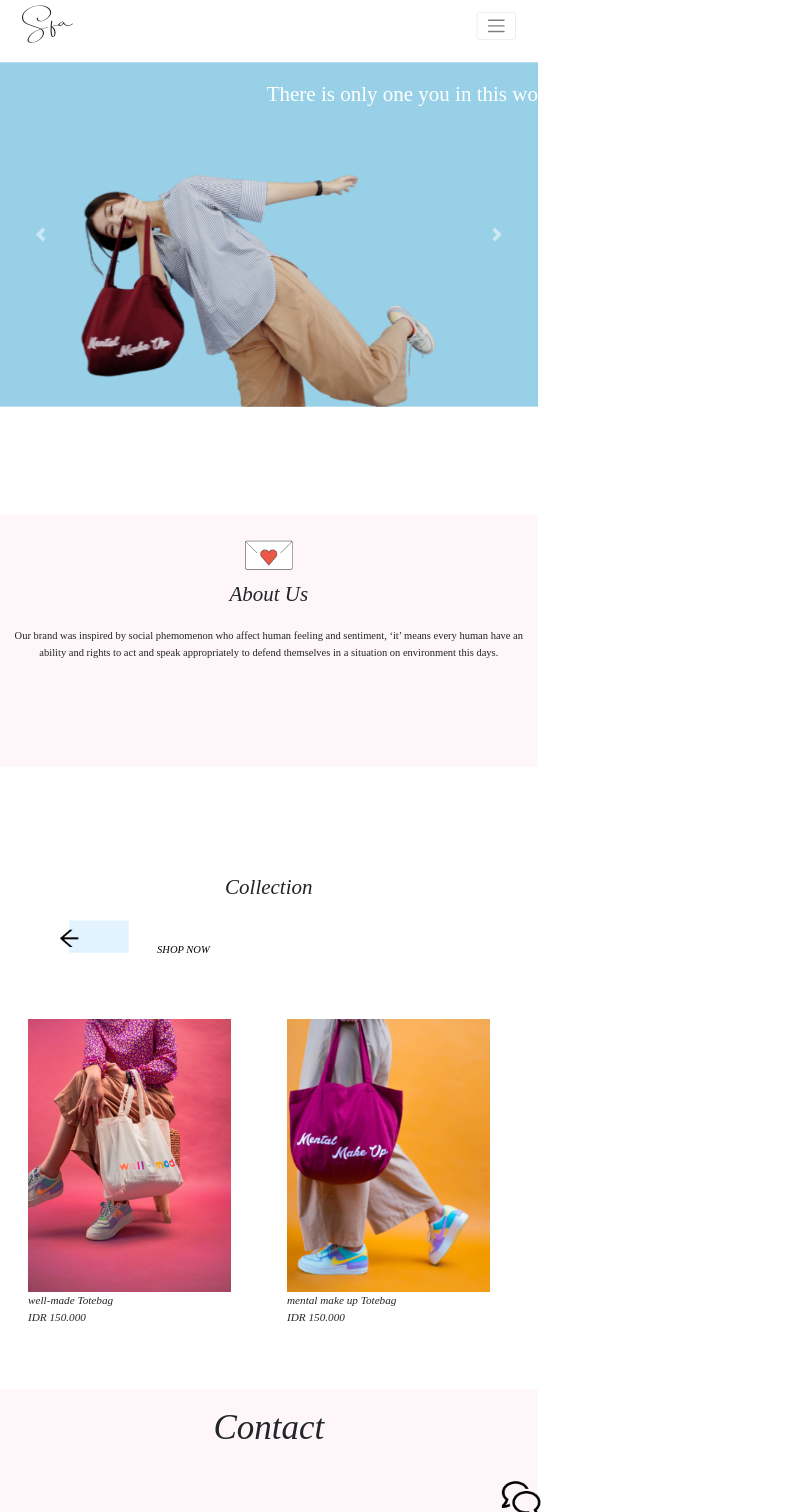
Repository: bismowibi/savoir
Page: index.html
The author's editor kept a copy of each file at every save. The page is drawn from the files as they stood at one save, then again after a run of saves.
The browser window is 768 px wide. The page is 1128 px wide, so the pictures cover 1128 px, including what lies to the right of the window. The pictures show the part of the page from y = 0 to 2160 px (the page is 2520 px tall before and 2728 px after), at 70% of full size.
Some web fonts or font styles are not loaded; a fallback is used. Some web libraries are served in a nearby version.

Above is the page before, as saved 2020-04-05 02:27:04.

### index.html
<!doctype html>
<html lang="en">

<head>
  <title>Title</title>
  <!-- Required meta tags -->
  <meta charset="utf-8">
  <meta name="viewport" content="width=device-width, initial-scale=1, shrink-to-fit=no">
  <!-- Internal CSS -->
  <link rel="stylesheet" href="style.css">
  <!-- Bootstrap CSS -->
  <link rel="stylesheet" href="https://stackpath.bootstrapcdn.com/bootstrap/4.3.1/css/bootstrap.min.css"
    integrity="sha384-ggOyR0iXCbMQv3Xipma34MD+dH/1fQ784/j6cY/iJTQUOhcWr7x9JvoRxT2MZw1T" crossorigin="anonymous">
  <!-- Font Face GT -->
  <link href="https://db.onlinewebfonts.com/c/4417812509ea84242dcf790e829ca350?family=GT+Walsheim+Pro+Regular" rel="stylesheet" type="text/css"/>
    <!-- Icon -->
  <script src="https://kit.fontawesome.com/c5d0666ee9.js" crossorigin="anonymous"></script>
</head>

<body>

  <!-- Optional JavaScript -->
  <!-- jQuery first, then Popper.js, then Bootstrap JS -->
  <script src="https://code.jquery.com/jquery-3.3.1.slim.min.js"
    integrity="sha384-q8i/X+965DzO0rT7abK41JStQIAqVgRVzpbzo5smXKp4YfRvH+8abtTE1Pi6jizo" crossorigin="anonymous">
  </script>
  <script src="https://cdnjs.cloudflare.com/ajax/libs/popper.js/1.14.7/umd/popper.min.js"
    integrity="sha384-UO2eT0CpHqdSJQ6hJty5KVphtPhzWj9WO1clHTMGa3JDZwrnQq4sF86dIHNDz0W1" crossorigin="anonymous">
  </script>
  <script src="https://stackpath.bootstrapcdn.com/bootstrap/4.3.1/js/bootstrap.min.js"
    integrity="sha384-JjSmVgyd0p3pXB1rRibZUAYoIIy6OrQ6VrjIEaFf/nJGzIxFDsf4x0xIM+B07jRM" crossorigin="anonymous">
  </script>

  <section id="title">
    <div class="container-fluid">

      <!-- Header-logo -->
      <header id="site-header">
        <!-- <h5>Sfa</h5> -->
        <img src="Photos/savoir.png" alt="">
      </header>

      <!-- Navigation Bar -->
      <nav class="navbar navbar-expand-lg navbar-light">
        <a class="navbar-brand d-block d-sm-block d-md-bock d-lg-none navbar-right" style="float: none;"
          href="#">Sfa</a>

        <!-- Navbar Collapse Button -->
        <button class="navbar-toggler" type="button" data-toggle="collapse" data-target="#navbarTogglerDemo02"
          aria-controls="navbarTogglerDemo02" aria-expanded="false" aria- label="Toggle navigation">
          <span class="navbar-toggler-icon"></span>
        </button>

        <!-- Navbar Menu -->
        <div class="collapse navbar-collapse" id="navbarTogglerDemo02">
          <ul class="navbar-nav mx-auto">
            <li class="nav-item"><a class="nav-link" href="#about-us">About Us</a></li>
            <li class="nav-item"><a class="nav-link" href="#collection">Collection</a></li>
            <li class="nav-item"><a class="nav-link" href="#contact">Contact</a></li>
          </ul>
      </nav>
  </section>

  <!-- Home  -->
  <section id="home">
    <!-- <div class="container"> -->
    <div id="carouselExampleControls" class="carousel slide" data-ride="carousel" data-interval="0">
      <div class="carousel-inner">
        <!-- Card 1  -->
        <div class="carousel-item active">
          <div class="row card-1">
            <div class="col-lg-12">
              <h2 class="text-center">There is only one you in <br>this world</h2>
            </div>
            <div class="col-lg-12">
              <img class="img-card-1" src="/Photos/card-1.png" alt="">
            </div>
          </div>
        </div>
        <!-- Card 2  -->
        <div class="carousel-item">
          <div class="row card-2">
            <div class="col-lg-6">
              <img class="img-card-2" src="/Photos/card-2.png" alt="">
            </div>
            <div class="col-lg-6">
              <h2>Chic and <br>Colourful</h2>
            </div>
          </div>
        </div>
        <!-- Card 3 -->
        <div class="carousel-item">
          <div class="row card-3">
            <div class="col-lg-6">
              <h2>Savoir Faire Attache</h2>
            </div>
            <div class="col-lg-6">
              <img class="img-card-3" src="/Photos/card-3.png" alt="">
            </div>
          </div>
        </div>
        <!-- Card 4 -->
        <div class="carousel-item">
          <div class="row card-4">
            <div class="col-lg-6">
              <h2>Grab yours now!</h2>
            </div>
            <div class="col-lg-6">
              <img class="img-card-4" src="/Photos/card-4-n.png" alt="">
            </div>
          </div>
        </div>
      </div>
      <!-- Button Slider  -->
      <a class="carousel-control-prev" href="#carouselExampleControls" role="button" data-slide="prev">
        <span class="carousel-control-prev-icon" aria-hidden="true"></span>
        <span class="sr-only">Previous</span>
      </a>
      <a class="carousel-control-next" href="#carouselExampleControls" role="button" data-slide="next">
        <span class="carousel-control-next-icon" aria-hidden="true"></span>
        <span class="sr-only">Next</span>
      </a>
    </div>
    </div>
  </section>

  <section id="about-us">
    <div class="container-fluid">
      <div class="row text-center">
        <div class="col-about col-lg-12 ">
          <img class="love-letter" src="/Photos/love-letter.png" alt="">
        </div>
        <div class="col-lg-12 text-center">
          <h2>About Us</h2>
          <p class="">Our brand was inspired by social phemomenon who affect human feeling and <br> sentiment, ‘it’ means every human have an ability and rights to act and speak <br>appropriately to defend themselves in a situation on environment this days. </p>
        </div>
      </div>
    </div>
    </div>
  </section>


  <!-- Collection -->
  <section id="collection">
    <!-- Scroling -->
    <div class="row scrolling-row">
      <div class="col-lg-8 sm-12">
        <div class="scrolling-wrapper-flexbox">
          <div class="card">
            <img src="/Photos/img-collect-1.png" alt="">
            <span>well-made Totebag <br>IDR 150.000<span>
          </div>
          <div class="card">
            <img src="/Photos/img-collect-2.png" alt="">
            <span>mental make up Totebag <br>IDR 150.000<span>
          </div>
          <div class="card">
            <img src="/Photos/img-collect-3.png" alt="">
            <span>mental make up Totebag <br>IDR 150.000<span>
          </div>
          <div class="card">
            <img src="/Photos/img-collect-4.png" alt="">
            <span>amore Totebag <br>IDR 150.000<span>
          </div>
        </div>
      </div>
      <div class="shop-now col-lg-4 sm-12">
        <h1 class="text-center">Collection</h1>
        <div class="arrow">
          <img class="img-arrow" src="/Photos/arrow-biru.png" alt="">
          <a href="https://linktr.ee/savoirfaire_attache" target="_blank">
            <h4> SHOP NOW</h4>
          </a>
        </div>

      </div>
      </di>

  </section>

  <section id="contact">
  <div class="container-fluid">
    <div class="row text-center con">
      <div class="col-lg-12">
        <h2>Contact</h2>
      </div>
      <div class="col-lg-4 contact-icon line">
        <img class="icon" src="Photos/text-icon.png" alt="">
        <p class="ex">Click me!</p>
      </div>
      <div class="col-lg-4 contact-icon ig">
        <img src="Photos/ig-icon-2.png" alt="">
        <p>@savoirfaire_attache</p>
      </div>
      <div class="col-lg-4 contact-icon mail">
        <img src="Photos/mail-icon-1.png" alt="">
        <p>team@savoirfa.com</p>
      </div>


    </div>


  </div>





  </section>











</body>

</html>

### style.css
/* Header - Logo */
#site-header {
    text-align: center;
    padding-top: 2%;
    font-family: "BeautyDream";
    font-size: 30px;
}

#site-header h5 {
    font-size: 30px;
}

#title{
    padding-bottom: 2%;
}
/* Navigation Bar */
.navbar-nav>li {
    padding-left: 20px;
    padding-right: 20px;
    font-family: "GT Walsheim Pro Regular";
    font-weight: bold;
    font-size:25px;
    margin-top:20px;
}

.navbar-brand {
    font-family: "BeautyDream";
    font-size: 2rem !important;
}


/* Home Card Background */
.card-1 {
    background-color: #98D0E7;
}

.card-2 {
    background-color: #D54C63;
}

.card-3 {
    background-color: #FECF70;
}

.card-4 {
    background-color: #F7E6D8;
}

/* Home */
#home {
    padding: 0% 15% 7%;
}

#carouselExampleControls h2 {
    font-family: "Futura";
    font-size: 50px;
    position: relative;
}

/* Card 1  */
.img-card-1 {
    position: relative;
    left: 35%;
    height: 470px;
}

.card-1 h2 {
    top: 60%;
    color: white;
}

/* Card 2 */
.img-card-2 {
    position: relative;
    left: 25%;
}

.card-2 h2 {
    color: #ffff;
    top: 40%;
    left: 10%;
}

/* Card 3 */
.card-3 h2 {
    color: #9C7C62;
    top: 35%;
    left: 23%;
}

/* Card-4 */
.card-4 h2 {
    left: 30%;
    top: 20%;
    color: #D54C63;
}

.img-card-4{

}
/* About Us */
#about-us {
    background-color: #FEF6F8;
    height: 360px;
    /* text-align: center; */
    padding: 3% 15% 3%;
    font-family: "GTWalsheimProRegular";
}

#about-us p{
    font-size: 20px;
    line-height: 27px;
    margin-top:30px;
}

#about-us h2 {
    font-family: Futura;
    font-style: italic;
    font-weight: 500;
    font-size: 50px;
}


/* Collection */

#collection {
    padding-top: 12%;
    padding-bottom:12%;
    font-family: "Futura";
    font-weight: 500;
    font-style: italic;
}

.scrolling-wrapper-flexbox {
    display: flex;
    flex-wrap: nowrap;
    overflow-x: auto;


}

.scrolling-wrapper-flexbox::-webkit-scrollbar {
    display: none;

}


.card {
    flex: 0 0 auto;
    /* height: 290px;
    width: 390px; */
    margin-left: 40px;
    margin-right: 40px;
    border: none !important;

}

#collection h1 {
    font-size: 50px;
    margin-top: 110px;

}

.arrow {
    margin-left: 45px;
    margin-top: 30px;

}

.arrow h4 {
    left: 24%;
    position: absolute;
    top: 48%;
}

#collection a {
    color: black;
}

#collection a:hover {
    color: #d24967;
}

/* Contact */

#contact{
    padding: 3% 0%;
    background-color: #FEF6F8 ;
    font-family: "Futura";
}

#contact h2{
    font-size: 50px;
    font-style: italic;
}

.contact-icon{
    padding-top:40px;
}



.line{
    left:360px;
}

.mail{
    right: 370px;
    top: 10px;
}

#contact p{
    margin-top: 10px;
    opacity: 0;

}




/* Mobile Version */
@media only screen and (max-width:990px) {
    #site-header {
        display: none;
    }
}




@media only screen and (max-width:990px) {
    #home {
        padding: 0 0 0 0 !important;
    }
    .navbar-nav>li{
        font-size:15px;
    }
    /* Heading 2 Mobile */
    #carouselExampleControls h2 {
        font-size: 30px;
        text-align: center;
        display: flex;
        flex-direction: column;
        left: 27%;
    }

    #carouselExampleControls br{
        display: none;
    }



    /* Card 1 Mobile */
    .img-card-1 {
        height: 448px;
        position: relative;
        left: 4%;

    }

    /* Card 2 Mobile */
    .img-card-2 {
        position: relative;
        top: 30%;
        left: 10%;
        width: 80%;
    }

    .card-2 h2 {
        top: -490%
    }

    /* Card 3 Mobile */
    .card-3 h2 {
        top: 70% !important;
    }

    .img-card-3 {
        width: 80%;
        position: relative;
        left: 10%;
        top: 7%;

    }

    /* Card 4 Mobile */
    .img-card-4 {
        width: 81.5%;
        left: 10%;
        position: relative;
        top: 5%;
    }

    .card-3 h2 {

        top: 45%;
    }


    /* About Us Mobile Ver */
    #about-us {
        margin-top: 20%;
        padding-left: 0%;
        padding-right: 0%;
    }

    #about-us br{
        display: none;
    }

    #about-us h2 {
        font-size: 30px;
    }

    #about-us p {
        font-size: 15px;
        line-height: 24px;
    }

    /* Collection  Mobile Ver*/
    #collection {
        padding-top: 20%;
    }

    #collection h1 {
        font-size: 30px;
        margin-top: 0;

    }

    .arrow h4 {
        font-size: 15px;
        ;
        left: 30%;

    }

    .scrolling-row {
        display: flex;
        flex-direction: column-reverse;
    }

    .img-arrow {
        left: 5%;
        position: relative;
        margin-bottom: 13%;
    }
}

}

/* Font  */



@font-face{

    font-family: 'GTWalsheimProRegular';
    src: url('Font/GTWalsheimPro-Regular.eot');
    src: url('Font/GTWalsheimPro-Regular.eot?#iefix') format('embedded-opentype'),
         url('Font/GTWalsheimPro-Regular.woff2') format('woff2'),
         url('Font/GTWalsheimPro-Regular.woff') format('woff'),
         url('Font/GTWalsheimPro-Regular.svg#GTWalsheimPro-Regular') format('svg');
    font-weight: normal;
    font-style: normal;

    }


@font-face {

    font-family: 'BeautyDream';
    src: url('Font/Beauty-Dream.eot');
    src: url('Font/Beauty-Dream.eot?#iefix') format('embedded-opentype'),
         url('Font/Beauty-Dream.woff2') format('woff2'),
         url('Font/Beauty-Dream.woff') format('woff'),
         url('Font/Beauty-Dream.svg#Beauty-Dream') format('svg');
    font-weight: normal;
    font-style: normal;

    }
    @import url(https://db.onlinewebfonts.com/c/4417812509ea84242dcf790e829ca350?family=GT+Walsheim+Pro+Regular);

    @font-face {font-family: "GT Walsheim Pro Regular"; src: url("https://db.onlinewebfonts.com/t/4417812509ea84242dcf790e829ca350.eot"); src: url("https://db.onlinewebfonts.com/t/4417812509ea84242dcf790e829ca350.eot?#iefix") format("embedded-opentype"), url("https://db.onlinewebfonts.com/t/4417812509ea84242dcf790e829ca350.woff2") format("woff2"), url("https://db.onlinewebfonts.com/t/4417812509ea84242dcf790e829ca350.woff") format("woff"), url("https://db.onlinewebfonts.com/t/4417812509ea84242dcf790e829ca350.ttf") format("truetype"), url("https://db.onlinewebfonts.com/t/4417812509ea84242dcf790e829ca350.svg#GT Walsheim Pro Regular") format("svg"); }

After the next 6 saves:
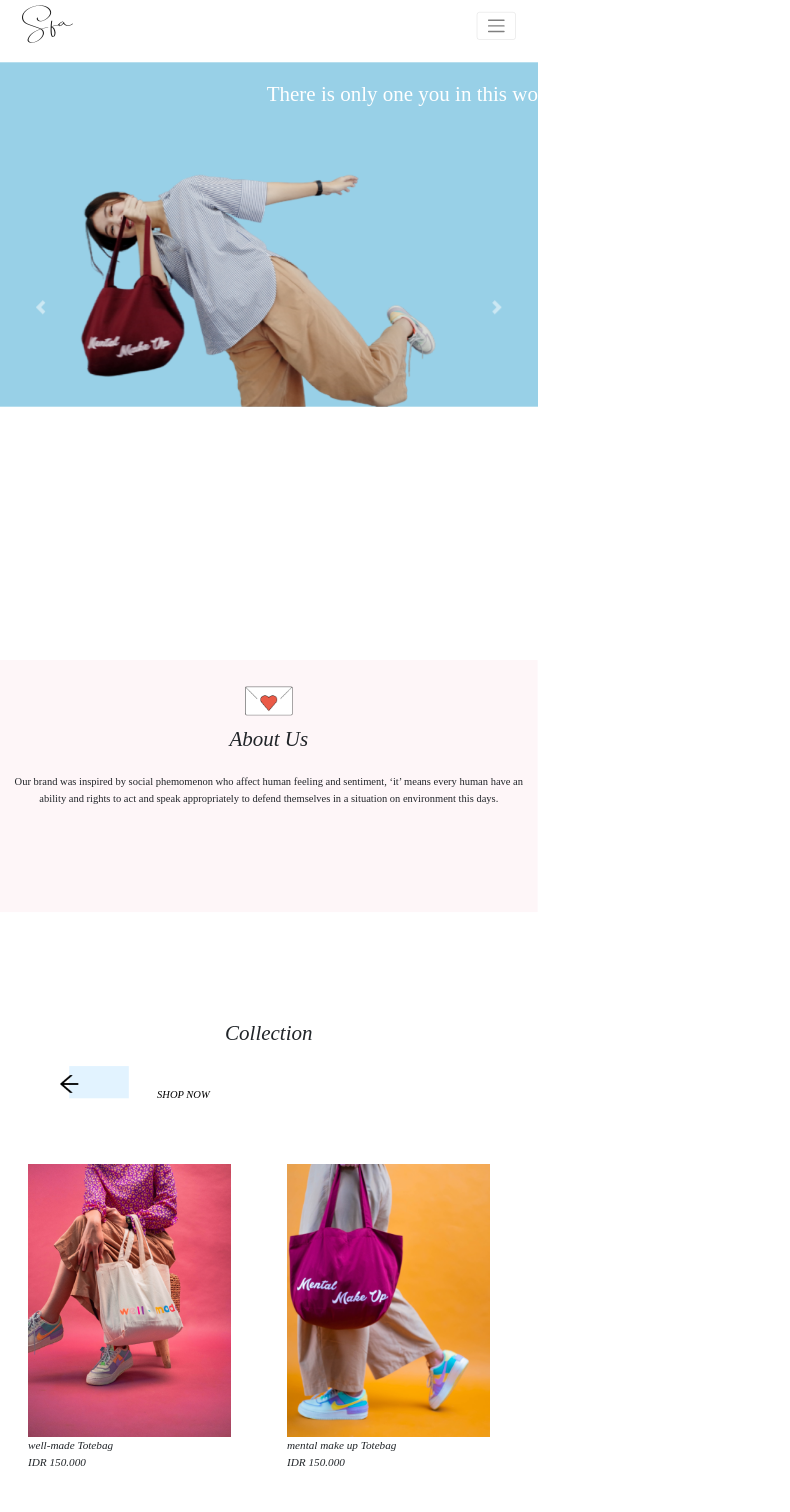
The 6 saves are shown as one change because they came seconds apart.
The last was saved 25 s later.
--- a/style.css
+++ b/style.css
@@ -248,6 +248,9 @@
         display: none;
     }
 
+    #carouselExampleControls{
+        height: 700px;
+    }
 
 
     /* Card 1 Mobile */
